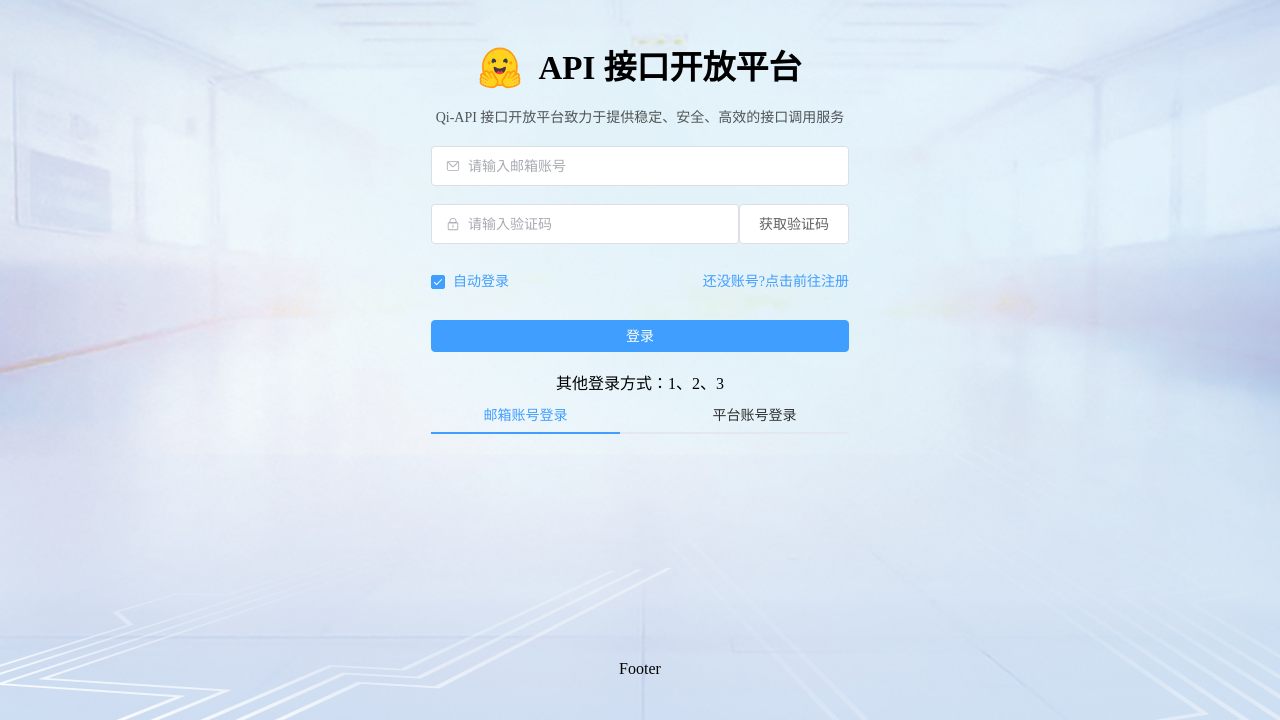
Repository: 202100202078/SignInBox
Page: /login
The author's editor kept a copy of each file at every save. The page is drawn from the files as they stood at one save, then again after the next save.
The browser window is 1280 px wide. The pictures show the whole page.
The project was rebuilt for these pictures with package versions that can differ from the ones it lists, and the page was loaded fresh each time. Also part of the build but not shown: vite.config.js, src/components/FilterLayout.vue, src/components/PageFooter.vue, src/components/TableLayout.vue, src/components/ToolTip.vue.

Above is the page before, as saved 2023-11-23 15:22:32.

After the next save:
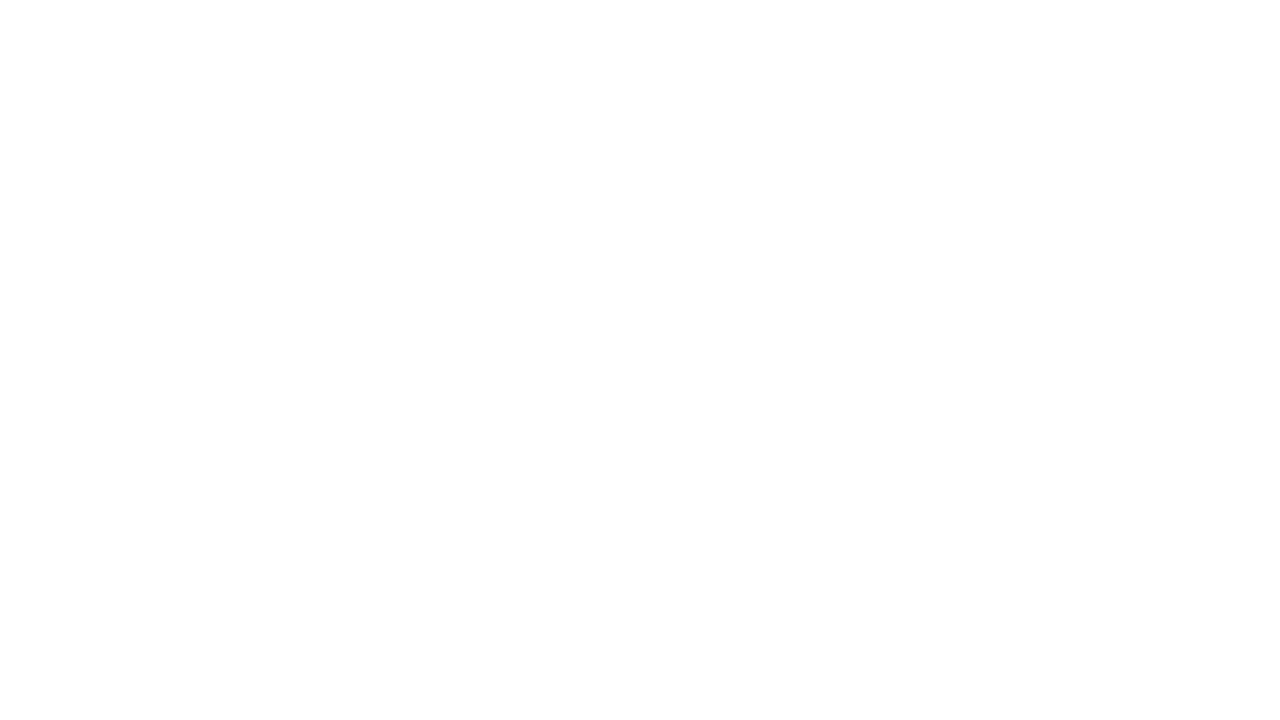
Console error: ReferenceError: pattern is not defined
Saved 9 s later.
--- a/src/views/login/LoginPage.vue
+++ b/src/views/login/LoginPage.vue
@@ -22,7 +22,7 @@
 })
 
 const rules = {
-  email: [{ required: true, message: '请输入您的邮箱', trigger: 'blur' }],
+  email: [{ required: true, message: '请输入您的邮箱', trigger: 'blur' },{pattern}],
   account: [],
   invitationCode: [],
   captcha: [],

After the save that followed:
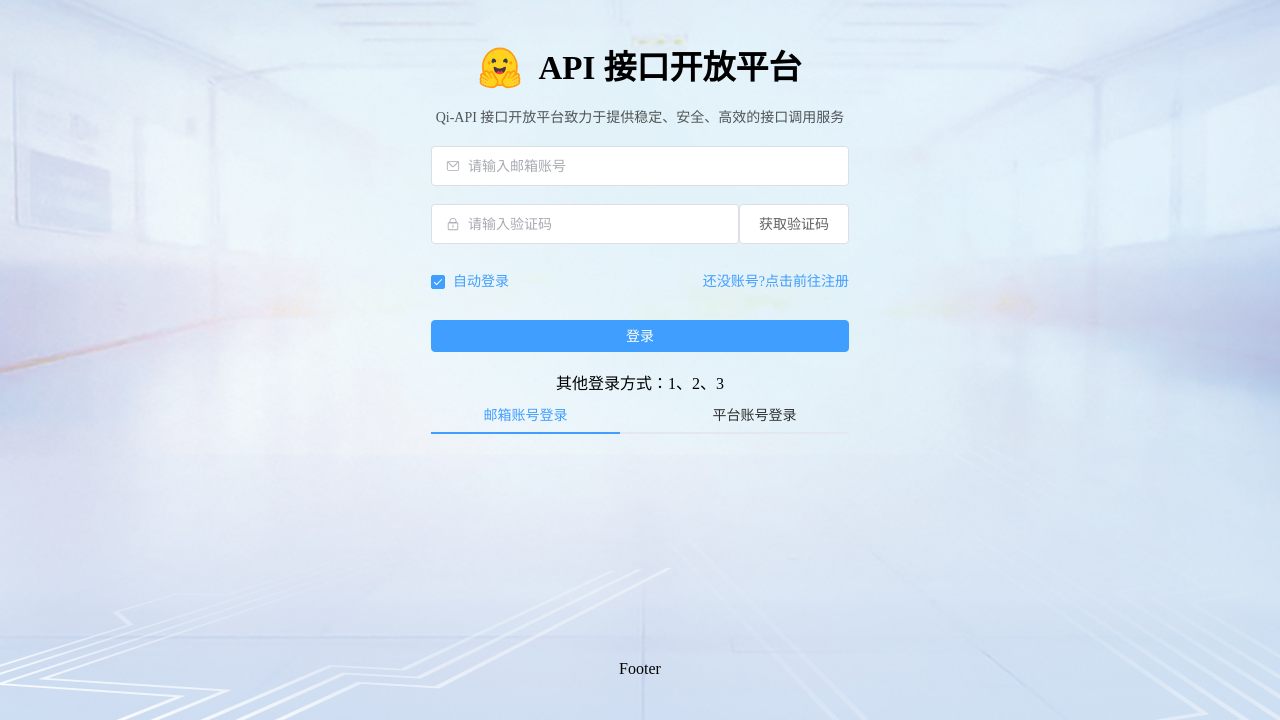
The error is gone.
Saved 12 s later.
--- a/src/views/login/LoginPage.vue
+++ b/src/views/login/LoginPage.vue
@@ -22,7 +22,7 @@
 })
 
 const rules = {
-  email: [{ required: true, message: '请输入您的邮箱', trigger: 'blur' },{pattern}],
+  email: [{ required: true, message: '请输入您的邮箱', trigger: 'blur' },{pattern:''}],
   account: [],
   invitationCode: [],
   captcha: [],
